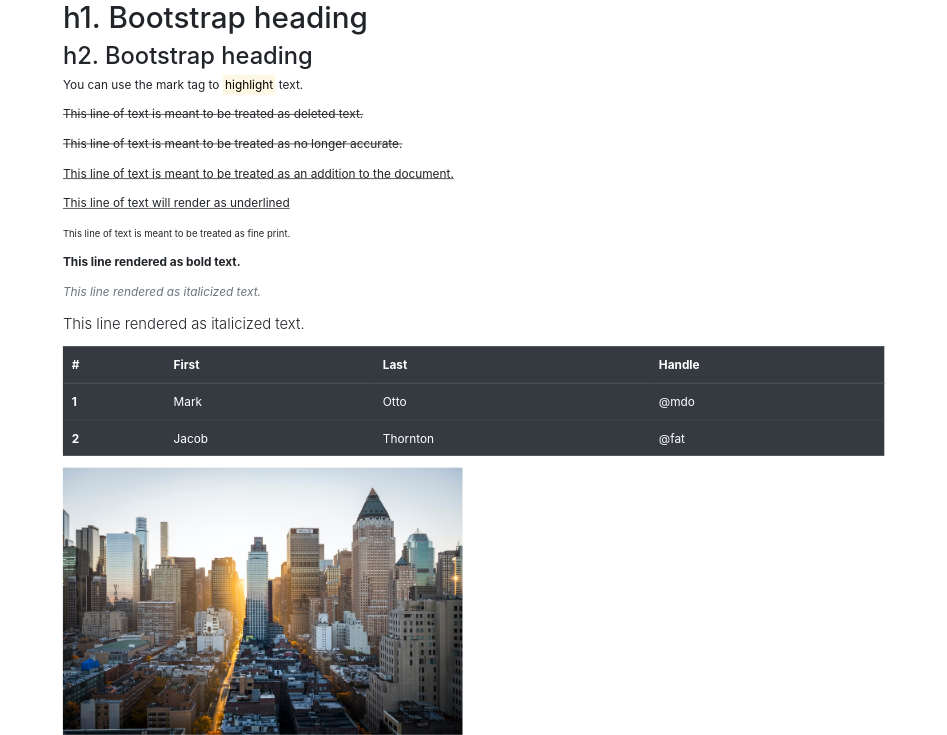
Repository: woodyalan/bootstrap-4
Page: conteudo.html
An editor plug-in stored every save of this project. The page is shown before and after the next save, followed by the edit.
The browser window is 1280 px wide. The pictures show the whole page, at 74% of full size.

Above is the page before, as saved 2020-09-08 22:41:16.

After the next save:
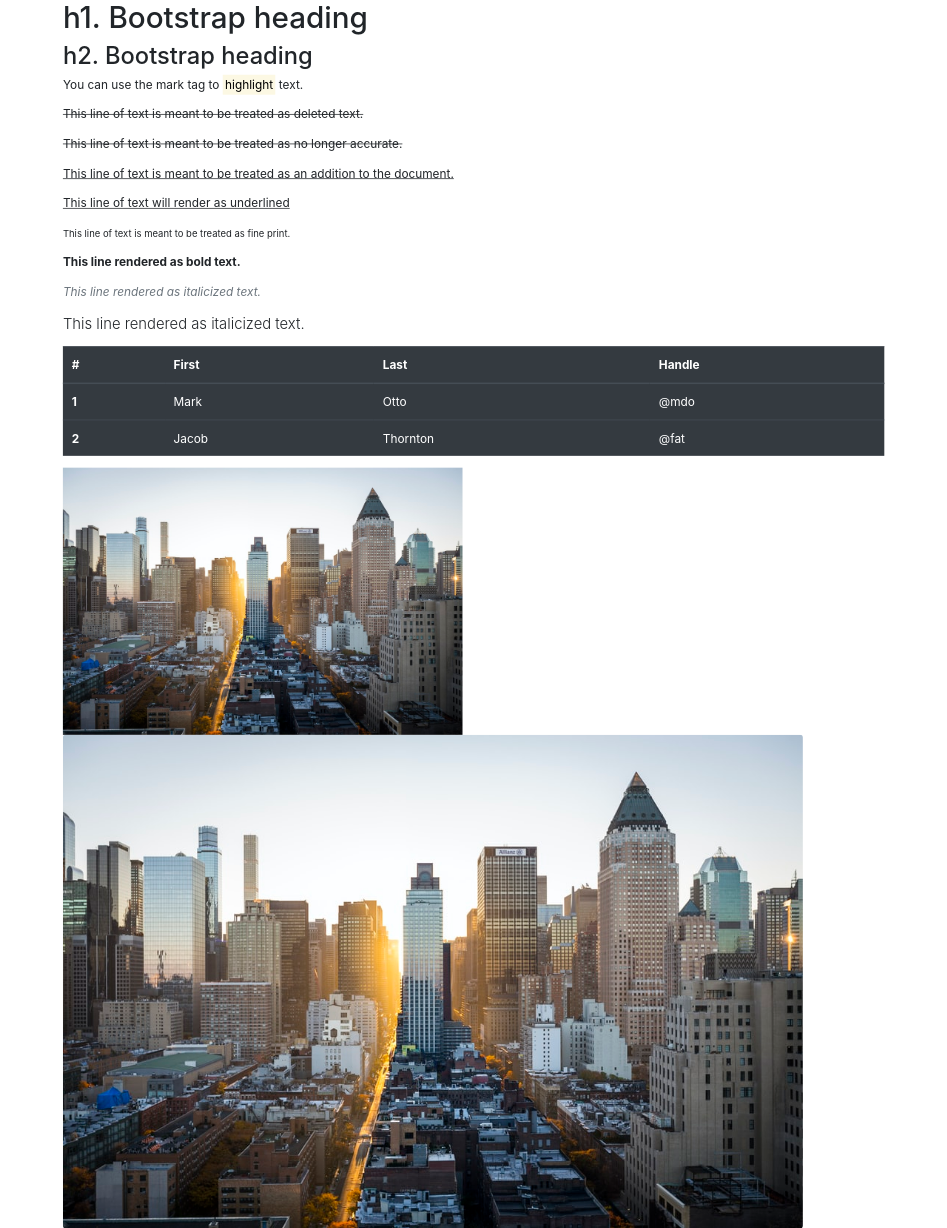
Saved 75 s later.
--- a/conteudo.html
+++ b/conteudo.html
@@ -55,6 +55,8 @@
           <img class="img-fluid" src="img/cover.jpg" alt="" />
         </div>
       </div>
+
+      <img class="rounded" src="img/cover.jpg" alt="" />
     </div>
 
     <!-- JS, Popper e jQuery -->
